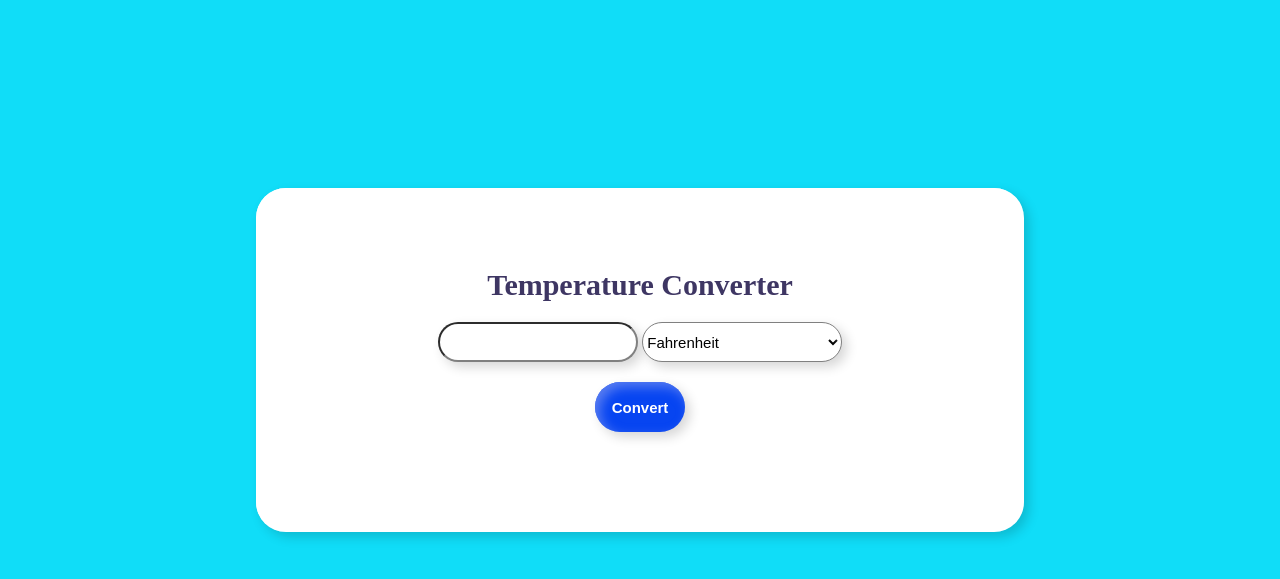
Repository: Mayur2905/OIBSIP
Page: Task-4/index.html
These files come from the project's save history. The page is drawn as it stood at one moment and after the next save; the edit follows.
The browser window is 1280 px wide. The pictures show the whole page.

Above is the page before, as saved 2022-02-04 00:01:19.

### Task-4/index.html
<!DOCTYPE html>
<html lang="en">
<head>
    <meta charset="UTF-8">
    <meta http-equiv="X-UA-Compatible" content="IE=edge">
    <meta name="viewport" content="width=device-width, initial-scale=1.0">
    <title>Document</title>
    <link rel="stylesheet" href="style.css">
</head>
<body>
    <div >
        <form id="tempCalc" onsubmit="convert(); return false">
            <label for="temp">Temperature Converter</label><br/>
            <input type="text" name="temp" id="temp">
            <select name="temp_diff" id="type">
                <option value="fah">Fahrenheit</option>
                <option value="Kel">Kelvin</option>
            </select><br/>
            <input id="btn" type="submit" value="Convert" name="temp">
            <div id="result"></div>
        </form>
        <script type = "text/javascript" src="script.js"></script>
    </div>
</body>
</html>

### Task-4/style.css
* {
  margin: 0;
  padding: 0;
  box-sizing: border-box;
  font-family: "Mulish", sans-serif;
}

body {
  width: 100vw;
  height: 100vh;
  background-color: #10ddf8;
  display: grid;
  align-items: center;
}

form {
  background-color: #ffffff;
  padding: 80px;
  width: 60%;
  margin: 100px auto;
  text-align: center;
  box-shadow: inset 5px 5px 12px #ffffff, 5px 5px 12px rgba(0, 0, 0, 0.16);
  border-radius: 30px;
}

#tempCalc label {
  font-size: 30px;
}

#temp {
  border-color: grey;
  border-radius: 20px;
  padding: 10px;
  height: 40px;
  width: 200px;
  font-size: 20px;
  margin-top: 20px;
  vertical-align: top;
  box-shadow: inset 5px 5px 12px #ffffff, 5px 5px 12px rgba(0, 0, 0, 0.16);
}

#type {
  height: 40px;
  border-color: gray;
  border-radius: 20px;
  margin-top: 20px;
  font-size: 15px;
  height: 40px;
  width: 200px;
  vertical-align: top;
  background-color: #ffffff;
  box-shadow: inset 5px 5px 12px #ffffff, 5px 5px 12px rgba(0, 0, 0, 0.16);
}
label {
  font-family: cursive;
  font-weight: bold;
  color: #3e3663;
}
#btn {
  background-color: rgb(7, 69, 241);
  height: 50px;
  width: 90px;
  font-weight: 600;
  font-size: 15px;
  color: white;
  border: none;
  margin: 20px;
  border-radius: 30px;
  box-shadow: inset 5px 5px 12px #597df1, 5px 5px 12px rgba(0, 0, 0, 0.16);
}
#result {
  font-size: 15px;
  font-weight: 600;
}

### Task-4/script.js
function convert(){
    const temp = document.getElementById('temp').value;
    const ty = document.getElementById('type').value;
    if(ty == 'fah' )
    {
        var f = (temp*1.8)+32;
        document.getElementById('result').innerHTML=`= ${f}°Fahrenheit`;
    }
    else{
        var f= (temp*1) + 273.15;
        document.getElementById('result').innerHTML=`= ${f}°Kelvin`;
    }


}

After the next save:
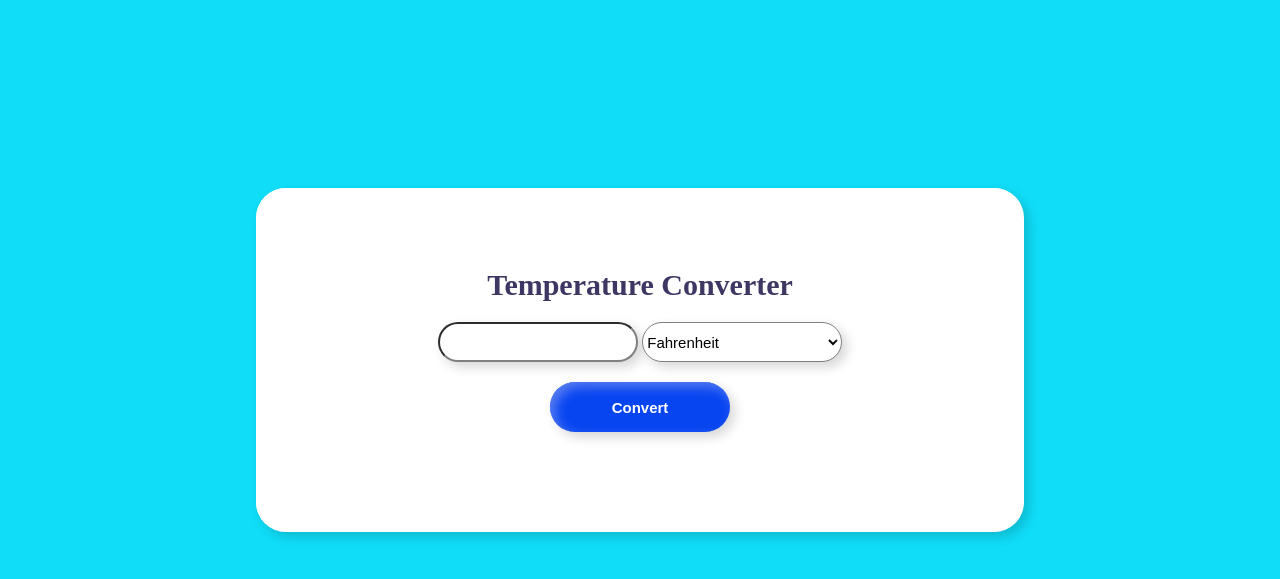
Saved 25 s later.
--- a/Task-4/style.css
+++ b/Task-4/style.css
@@ -59,7 +59,7 @@ label {
 #btn {
   background-color: rgb(7, 69, 241);
   height: 50px;
-  width: 90px;
+  width: 180px;
   font-weight: 600;
   font-size: 15px;
   color: white;
